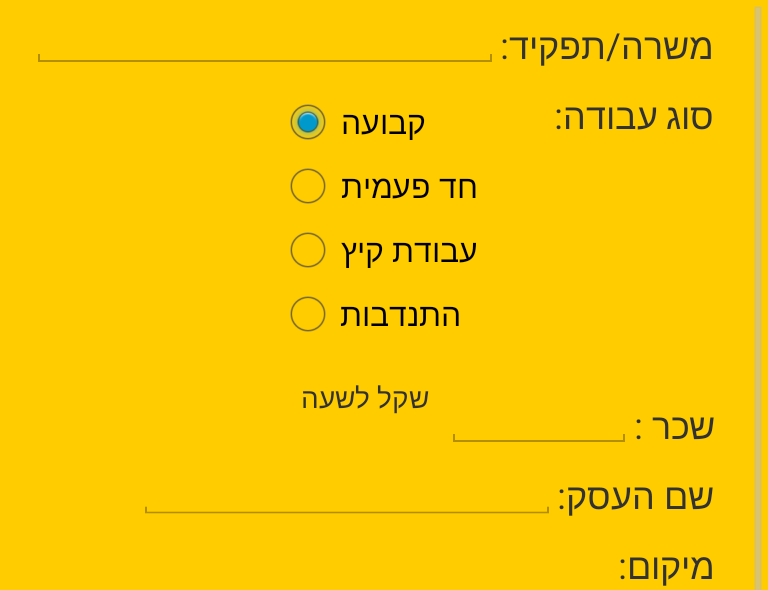
Repository: rodi055/jobli
Layout: Jobli/res/layout/fragment_create_job.xml
The author's editor kept a copy of each file at every save. The layout is drawn from the files as they stood at one save, then again after the next save.
The pictures show rows 0 to 590 of an output 1280 px tall.
Pictures or frames that could not be fetched are drawn as grey boxes. It is drawn on a 768 x 1280 px phone screen (xhdpi) without system bars, with theme AppTheme; the app's code is not run. The app's manifest (not shown) leaves right-to-left support off. So textAlignment, textDirection and layoutDirection are ignored, and left and right values win over start and end ones.

Above is the layout before, as saved 2015-01-03 21:37:39.

After the next save:
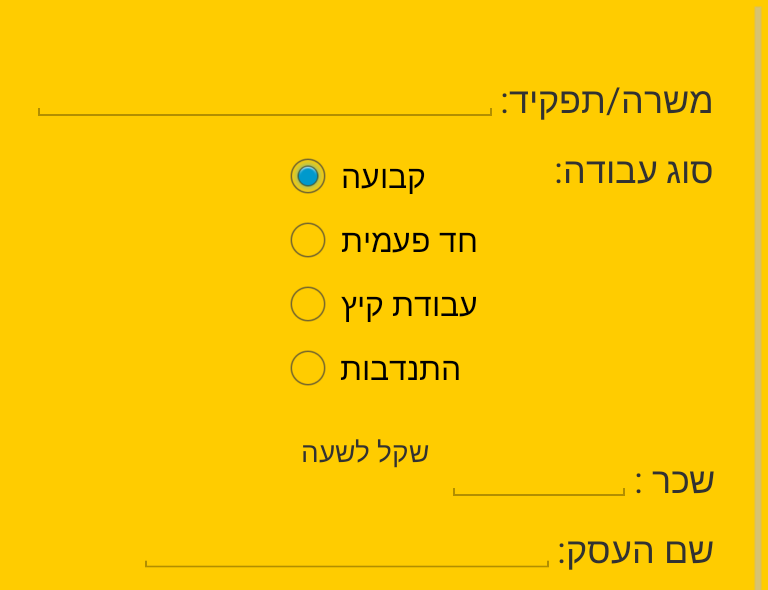
Saved 112 s later.
--- a/Jobli/res/layout/fragment_create_job.xml
+++ b/Jobli/res/layout/fragment_create_job.xml
@@ -22,7 +22,7 @@
             <RelativeLayout
                 android:layout_width="wrap_content"
                 android:layout_height="wrap_content"
-                android:layout_marginTop="10dp" >
+                android:layout_marginTop="20dp" >
 
                 <TextView
                     android:id="@+id/textView1"
@@ -40,7 +40,7 @@
                     android:id="@+id/editText1"
                     android:layout_width="wrap_content"
                     android:layout_height="wrap_content"
-                    android:layout_alignBottom="@+id/textView1"
+                    android:layout_alignTop="@+id/textView1"
                     android:layout_toLeftOf="@+id/textView1"
                     android:layout_toStartOf="@+id/textView1"
                     android:ems="10"
